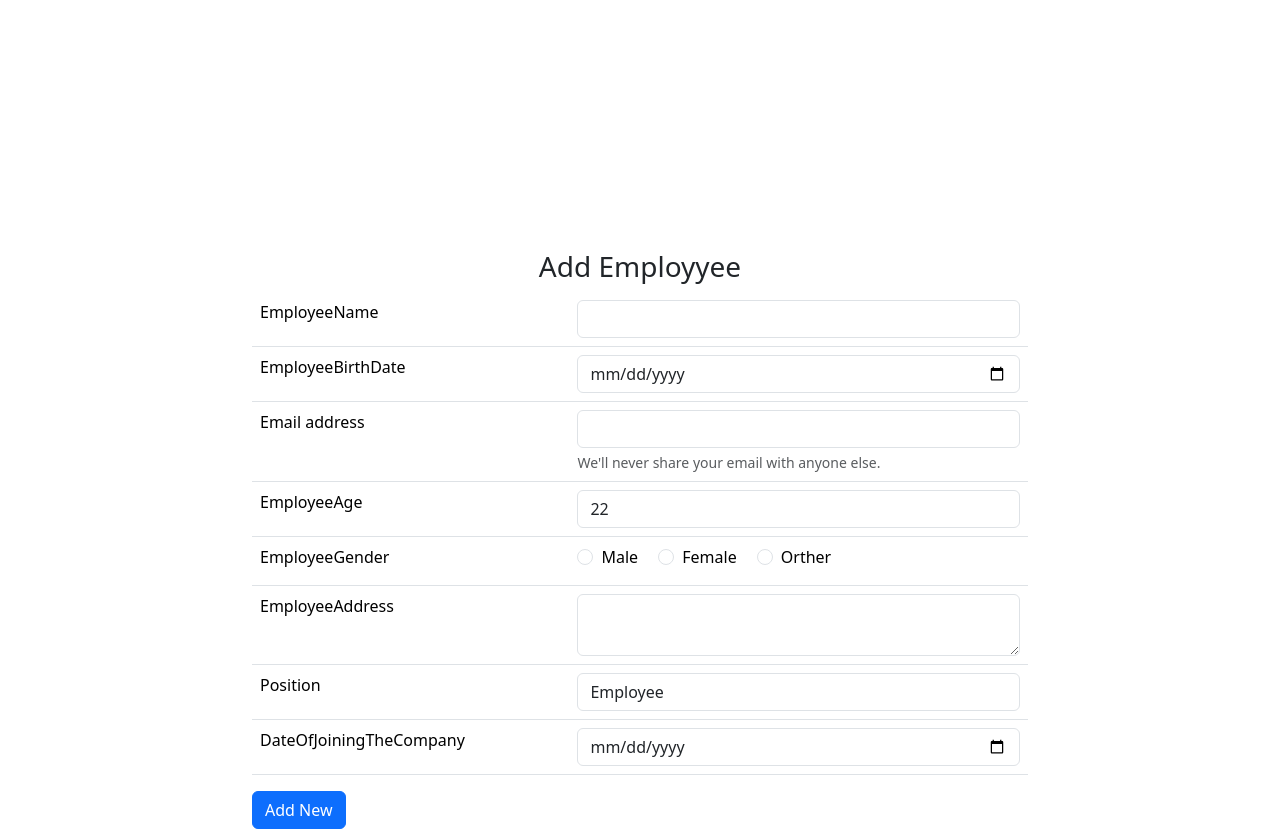
Repository: tranhuuan1703/BaiTapServlet
Page: http://localhost/bai_tap_jsp_servlet/views/Add.jsp
An editor plug-in stored every save of this project. The page is shown before and after the next save, followed by the edit.
The browser window is 1280 px wide. The pictures show the whole page.
Some web libraries are served in a nearby version. The page is served by Tomcat 9.

Above is the page before, as saved 2024-08-13 03:17:19.

After the next save:
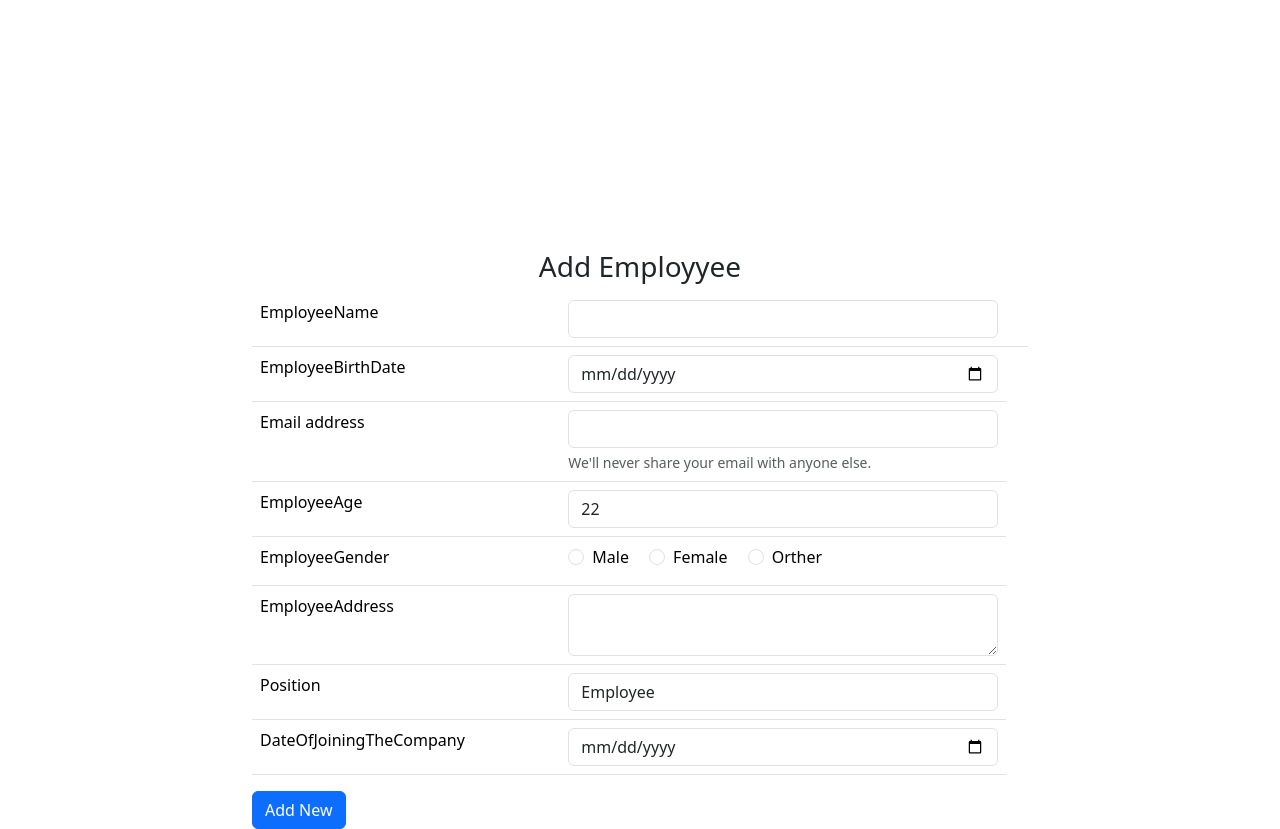
Saved 85 s later.
--- a/bai_tap_jsp_servlet/bai_tap_jsp_servlet/src/main/webapp/views/Add.jsp
+++ b/bai_tap_jsp_servlet/bai_tap_jsp_servlet/src/main/webapp/views/Add.jsp
@@ -33,7 +33,10 @@
                   <td>
                      <input type="text" class="form-control" id="nameEmployee" aria-describedby="emailHelp" name="nameEmployee" required="required" pattern="^[^\d]+$">
                   </td>
-                  <span class="rq">${msgUserName}</span>
+                  <td>
+                  	<span class="rq">${msgUserName}</span>
+                  </td>
+
                </tr>
                <tr>
                   <td><label for="birthDayEmployee" class="form-label">EmployeeBirthDate</label></td>
